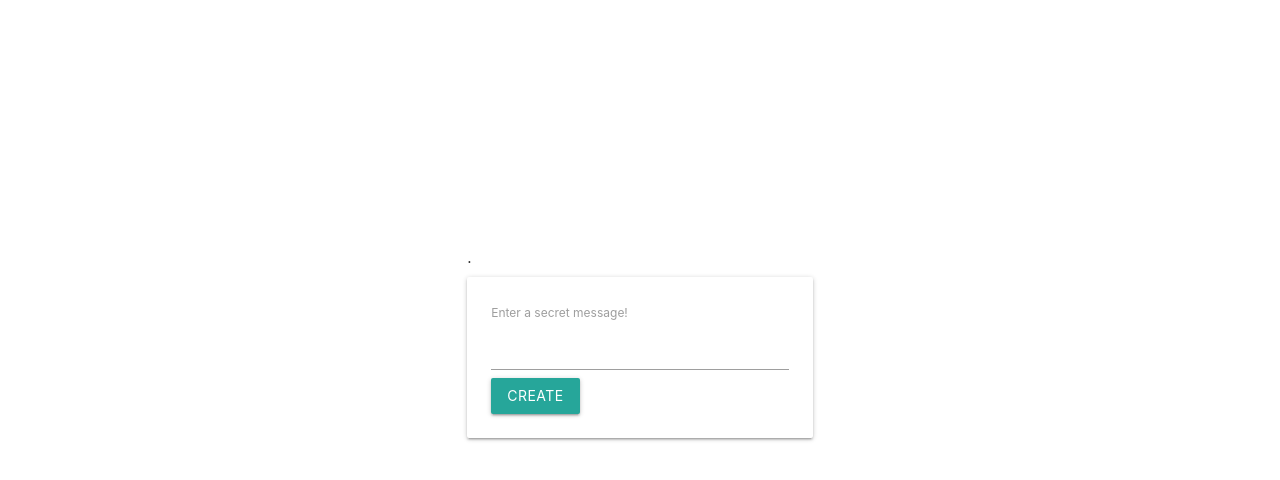
Repository: Sbethm/secret-message-sharing-app
Page: index.html
These files come from the project's save history. The page is drawn as it stood at one moment and after a run of saves; the edit follows.
The browser window is 1280 px wide. The pictures show the whole page.

Above is the page before, as saved 2021-10-13 15:38:42.
Console error: ReferenceError: message is not defined

### index.html
<!DOCTYPE html>
<html lang="en">
<head>
    <meta charset="UTF-8">
    <meta http-equiv="X-UA-Compatible" content="IE=edge">
    <meta name="viewport" content="width=device-width, initial-scale=1.0">
    <link rel="stylesheet" href="https://cdnjs.cloudflare.com/ajax/libs/materialize/1.0.0/css/materialize.min.css">
    <title>Secret Message Sharing App with Friends!</title>
    <link rel="stylesheet" href="style.css">
</head>
<body>
    <div class="container">
        <div class="row">
            <div class="col s8 offset-s2">
                .
                <div class="card-panel card1">
                    <form>
                        <label>Enter a secret message!</label>
                        <input class='message-input'/>
                        <button class="btn">Create</button>
                    </form>
                </div>
                <div class="card-panel card2 hide">
                    Share this link with a friend
                    <input id="link-input" type="text" />
                </div>
            </div>
        </div>
    </div>
    <script src="apps.js"></script>
</body>
</html>

### style.css
.container {
    display: flex;
    width: 100vw;
    height: 100vh;
    align-items: center;
    justify-content: center;
}

### apps.js
const { hash } = window.location;

if(message) {

}

console.log(atob(hash.replace('#', '')));

document.querySelector('form').addEventListener('submit', event => {
    event.preventDefault();

    const input = document.querySelector('.message-input');
    const encrypted = btoa(input.value);


    const link = document.querySelector('#link-input');
    link.value = `${window.location}#${encrypted}`;


    const card1 = document.querySelector('.card1');
    const card2 = document.querySelector('.card2');
    card1.classList.toggle('hide');
    card2.classList.toggle('hide');

    link.select();
})

After the next 10 saves:
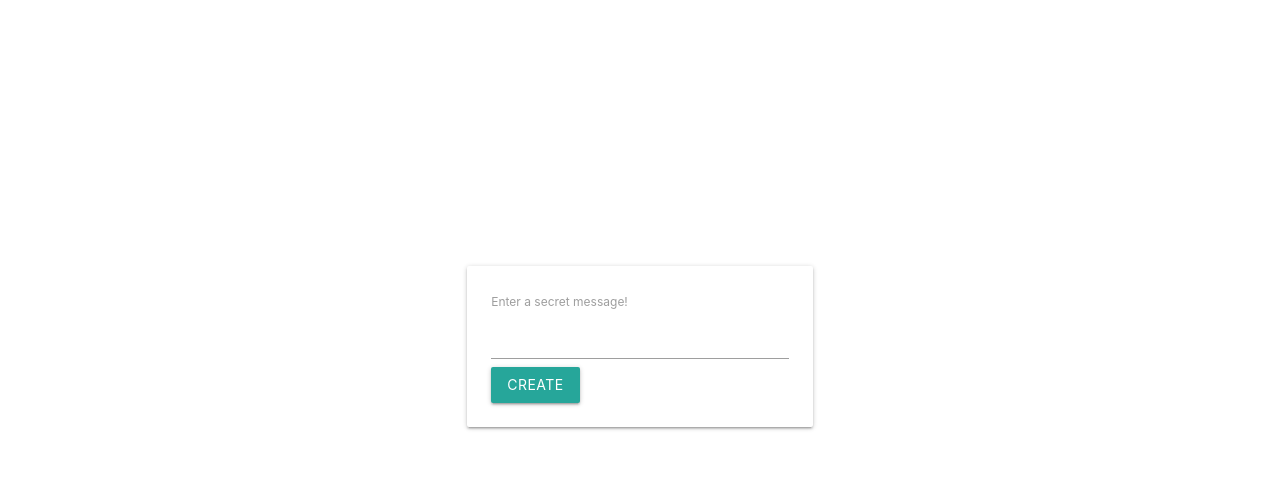
The 10 saves are shown as one change because they came seconds apart.
The last was saved 26 s later.
--- a/index.html
+++ b/index.html
@@ -12,7 +12,10 @@
     <div class="container">
         <div class="row">
             <div class="col s8 offset-s2">
-                .
+                <div class="message-show hide">
+                    <h1></h1>
+                    <a href="./index.html"></a>
+                </div>
                 <div class="card-panel card1">
                     <form>
                         <label>Enter a secret message!</label>
